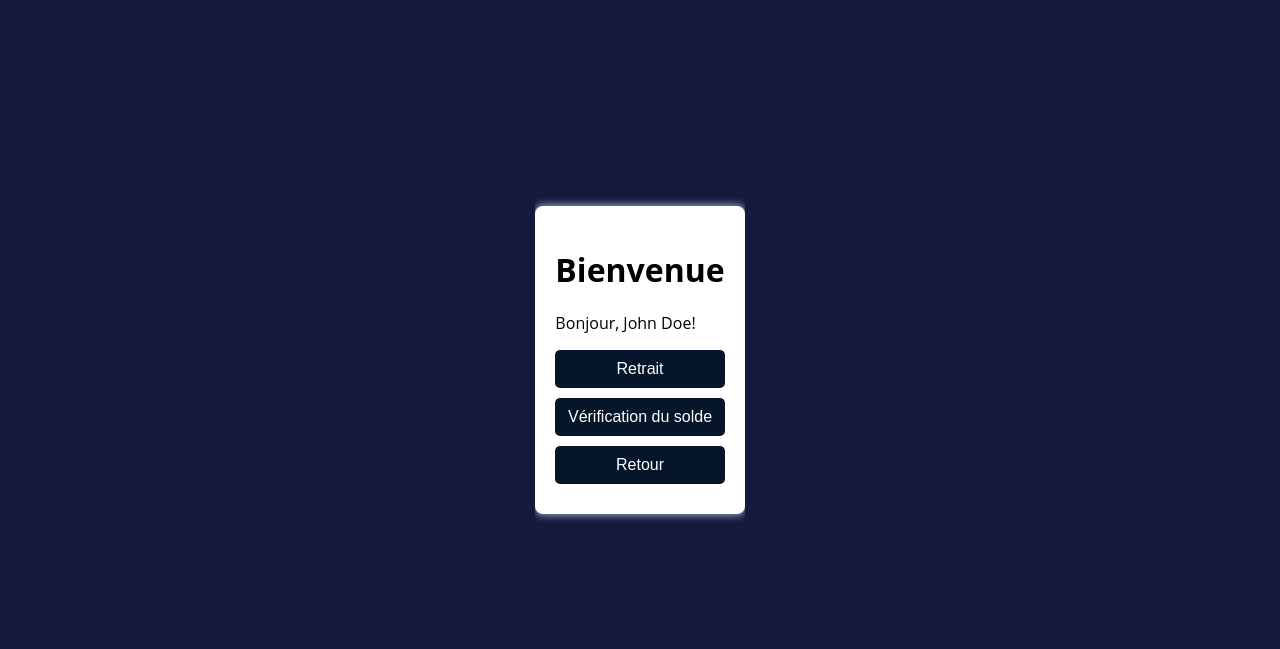
Repository: ndiawar/ProjetGab
Page: bienvenue.html
The author's editor kept a copy of each file at every save. The page is drawn from the files as they stood at one save, then again after the next save.
The browser window is 1280 px wide. The pictures show the whole page.

Above is the page before, as saved 2024-08-07 19:39:06.
Console error: TypeError: Cannot read properties of null (reading 'addEventListener')

### bienvenue.html
<!DOCTYPE html>
<html lang="en">
<head>
    <meta charset="UTF-8">
    <meta name="viewport" content="width=device-width, initial-scale=1.0">
    <title> Interface Web de votre banque</title>
    <link rel="stylesheet" href="style.css">
    <script src="script.js"></script>
</head>
<body>
    <div class="container">
        <h1 id="bienvenue">Bienvenue</h1>
        <p id="welcome-message">Bonjour, <span id="client-name">Client</span>!</p>
        <button class="button retrait" onclick="alert('Accès au retrait')">Retrait</button>
        <button class="button solde" onclick="alert('Vérification du solde')">Vérification du solde</button>
        <button class="button retour" onclick="alert('merci à la prochaine')">Retour</button>
    </div>

    <script>
        // Remplacez 'Client' par le nom réel du client
        document.getElementById('client-name').textContent = 'John Doe';
    </script>
</body>
</html>

### style.css
:root {
    /* Définition des couleurs de base */
    --blue-sky-1: #16193B; /* Bleu nuit */
    --blue-sky-2: #35478C; /* Bleu foncé */
    --blue-sky-3: #4E7AC7; /* Bleu vif */
    --blue-sky-4: #7FB2F0; /* Bleu clair */
    --blue-sky-5: #ADD5F7; /* Bleu très clair */
    --Noir-6: #000000; /* Noir */
    --white-7: #ffffff;

    /* Utilisation des couleurs pour différents éléments */
    --color-title: var(--blue-sky-1); /* Couleur pour les titres */
    --color-subtitle: var(--blue-sky-3); /* Couleur pour les sous-titres */
    --color-paragraph: var(--blue-sky-2); /* Couleur pour les paragraphes */
    --color-border: var(--blue-sky-4); /* Couleur pour les bordures */
    --color-backgroundFoncé: var(--blue-sky-1); /* Couleur de fond foncée */
    --color-background: var(--blue-sky-5); /* Couleur de fond général */
    --color-text: var(--Noir-6); /* Couleur pour le texte de fond */
    --color-white: var(--white-7); /* Couleur blanche pour le texte de fond d'une balise */

    /* Polices */
    --font-title: 'Montserrat', sans-serif;
    --font-text: 'Open Sans', sans-serif;
    --font-subtitle: 'Roboto', sans-serif;

    /* Taille de police standard et poids */
    --font-size-normal: 16px; /* Taille de police standard pour le texte */
    --font-size-title: 28px; /* Taille de police pour les grands titres */
    --font-size-subtitle: 20px; /* Taille de police pour les sous-titres */
    --font-weight-normal: 400; /* Poids normal de la police */
    --font-weight-bold: 700; /* Poids en gras */
    /* Pour le profil la taille du nom et du sous-titre */
    --font-size-titleProfil: 45px;
    --font-size-subtitleProfil: 30px;
}


/*Initialisation de notre body pour supprimer les marges et choix du type de police pour notre site*/


/*Initialisation de notre body pour supprimer les marges et choix du type de police pour notre site*/
* {
  box-sizing: border-box;
}

/* Style global pour le corps de la page */
body, html {
    margin: 0;
    padding: 0;
    color: var(--color-text);
    font-family: var(--font-text);
    font-size: var(--font-size-normal);
    font-weight: var(--font-weight-normal);
    overflow-x: hidden;
    height: 100%;
    display: flex;
    align-items: center;
    justify-content: center;
    background-color: var(--color-backgroundFoncé);/**/
}

/* Conteneur principal qui tient la page de connexion */
.login-container {
    display: flex;
    width: 100%;
    max-width: 900px;
    height: 500px;
    background-color: var(--color-white);
    box-shadow: 0 4px 8px rgba(101, 150, 214, 0.1);
    border-radius: 10px;
    overflow: hidden;
}

/* Style pour la section du formulaire de connexion */
.login-form {
    flex: 1;
    padding: 40px;
    background-color: var(--color-white);
    display: flex;
    flex-direction: column;
    justify-content: center;
}

/* Style pour les titres et formulaires dans la section de connexion */
.login-form h2 {
    margin-bottom: 20px;
    color: var(--color-title);
    font-size: var(--font-size-title);
    font-family: var(--font-title);
    font-weight: var(--font-weight-bold);
    padding: 5px 0 60px 50px;
}

.form-group {
    margin-bottom: 15px;
    font-size: var(--font-subtitle);
    font-weight: var(--font-weight-normal);
    font-family: var(--font-text);
    color: var(--color-title);
}

.form-group label {
    display: block;
    margin-bottom: 5px;
    color: var(--color-title);
}

.form-group input {
    width: 100%;
    padding: 10px;
    border: 1px solid var(--color-title);
    border-radius: 5px;
    font-size: 16px;
    box-sizing: border-box;
}

button {
    width: 100%;
    padding: 10px;
    background-color: var(--color-backgroundFoncé);
    color: var(--color-white);
    border: none;
    border-radius: 5px;
    font-size: 16px;
    cursor: pointer;
    transition: background-color 0.3s ease;
}

button:hover {
    background-color: var(--color-border);
}

/* Style pour la section de bienvenue avec le logo */
.welcome-section {
    flex: 1;
    display: flex;
    align-items: center;
    justify-content: center;
    color: var(--color-backgroundFoncé);
}

.welcome-content {
    text-align: center;
    padding: 20px;
}

.logo {
    width: 350px;
    height: 350px;
    margin-bottom: 20px;
}

.welcome-section h1 {
    margin: 0 0 10px;
    font-size: 36px;
}

.welcome-section p {
    font-size: 18px;
    margin: 0;
}

/*Debut partie yaye*/
.container {
    background-color:var(--color-white);
    border-radius: 8px;
    box-shadow: 0 0 10px var(--color-background);
    padding: 20px;
    width: 100%;
}
h1.bienvenue{
  font-size: 24px;
  margin-bottom: 10px;
  color: var(black);
}
p.welcome-message {
  font-size: 18px;
  margin-bottom: 20px;
  color: var(black);
}
.button {
  display: block;
  width: 100%;
  padding: 10px;
  margin: 10px 0;
  font-size: 16px;
  text-align: center;
  border: none;
  border-radius: 5px;
  cursor: pointer;
  transition: background-color 0.3s;
  background-color: #05162b;
}
.button:hover {
  background-color: var(#35478c);
}
.button.retrait {
  background-color: var(rgba(1, 4, 24, 0.911));
  color: var(--color-white);
}
.button.solde {
  background-color:var(rgba(1, 4, 24, 0.911));
  color: var(--color-white);
}
.button.retour {
  background-color: var(rgba(1, 4, 24, 0.911));
  color: var(--color-white);
}
/* fin partie yaye*/

### script.js
//Déclaration du tableau utilisateurs avec des valeurs d'objets
const utilisateurs = [
    { idCard: '1001', mdp: '51234', etatCmpt: false, nom: 'Dupont', prenom: 'Jean' },
    { idCard: '1002', mdp: '95678', etatCmpt: false, nom: 'Martin', prenom: 'Marie' },
    { idCard: '1003', mdp: '45637', etatCmpt: false, nom: 'Durand', prenom: 'Pierre' },
    { idCard: '1004', mdp: '98712', etatCmpt: false, nom: 'Leroy', prenom: 'Luc' },
    { idCard: '1005', mdp: '45632', etatCmpt: false, nom: 'Moreau', prenom: 'Sophie' },
    { idCard: '1006', mdp: '54832', etatCmpt: false, nom: 'Simon', prenom: 'Laura' },
    { idCard: '1007', mdp: '12345', etatCmpt: false, nom: 'Lambert', prenom: 'Alex' },
    { idCard: '1008', mdp: '67890', etatCmpt: false, nom: 'Garcia', prenom: 'Elena' },
    { idCard: '1009', mdp: '11223', etatCmpt: false, nom: 'Bernard', prenom: 'Nicolas' },
    { idCard: '1010', mdp: '44556', etatCmpt: false, nom: 'Petit', prenom: 'Lucie' }
];

//Sauvegarder les données initials de l'utilisateur dans localStorage si ce n'est pas déja fait
if (!localStorage.getItem('utilisateurs')) {
    localStorage.setItem('utilisateurs', JSON.stringify(utilisateurs));
}

//Déclaration de variable pour enregister le nombre maximum de tentative
//et une variable pour mettre dans le local storage si l'utilisateur est bloqué aprés trois tentative
const maxAttempts = 3;
const userAttempts = JSON.parse(localStorage.getItem('userAttempts')) || {};

// Charge les données de l'utilisateur depuis le LocalStorage
let storedUsers = JSON.parse(localStorage.getItem('utilisateurs')) || [];
//On recupère lesélément id du formulaire pour interagir avec l'événement
//Récupére id du paragraphe pour afficher les msg d'rreurs
const loginForm = document.getElementById('loginForm');
const errorMessage = document.getElementById('errorMessage');
// Lafonction qui lance l'événement connexion
loginForm.addEventListener('submit', function(event) {
    event.preventDefault();
//On recupère les valeurs saisient par les utilisateurs
    const identifiant = document.getElementById('identifiant').value;
    const password = document.getElementById('password').value;
//On recherche l'utilisateur dans le store qui enregistre notre tableau
//Pour le vérifier ensuite avec l'information que l'utilisateur à saisie "identifiant"
    const utilisateur = storedUsers.find(u => u.idCard === identifiant);

    if (!utilisateur) {
        errorMessage.textContent = "Identifiant de carte introuvable,Veuillez réessayer.";
        errorMessage.style.display = "block";
        return;
    }

    if (utilisateur.etatCmpt) {
        errorMessage.textContent = "Compte bloqué. Veuillez contacter votre banque.";
        errorMessage.style.display = "block";
        return;
    }

    if (!userAttempts[identifiant]) {
        userAttempts[identifiant] = 0;
    }

    if (utilisateur.mdp !== password) {
        userAttempts[identifiant]++;
        if (userAttempts[identifiant] >= maxAttempts) {
            utilisateur.etatCmpt = true;
            localStorage.setItem('utilisateurs', JSON.stringify(storedUsers));
            errorMessage.textContent = "Compte bloqué après trois tentatives échouées.";
            errorMessage.style.display = "block";
        } else {
            localStorage.setItem('userAttempts', JSON.stringify(userAttempts));
            errorMessage.textContent = `Mot de passe incorrect. Tentative ${userAttempts[identifiant]} sur ${maxAttempts}.`;
            errorMessage.style.display = "block";
        }
        return;
    }

    userAttempts[identifiant] = 0; // Réinitialise les tentatives
    localStorage.setItem('userAttempts', JSON.stringify(userAttempts));
    alert(`Authentification réussie! Bienvenue, ${utilisateur.prenom} ${utilisateur.nom}.`);
    errorMessage.style.display = "none";
    window.location.href = './bienvenue.html'; // Redirection vers la page bienvenue
});

After the next save:
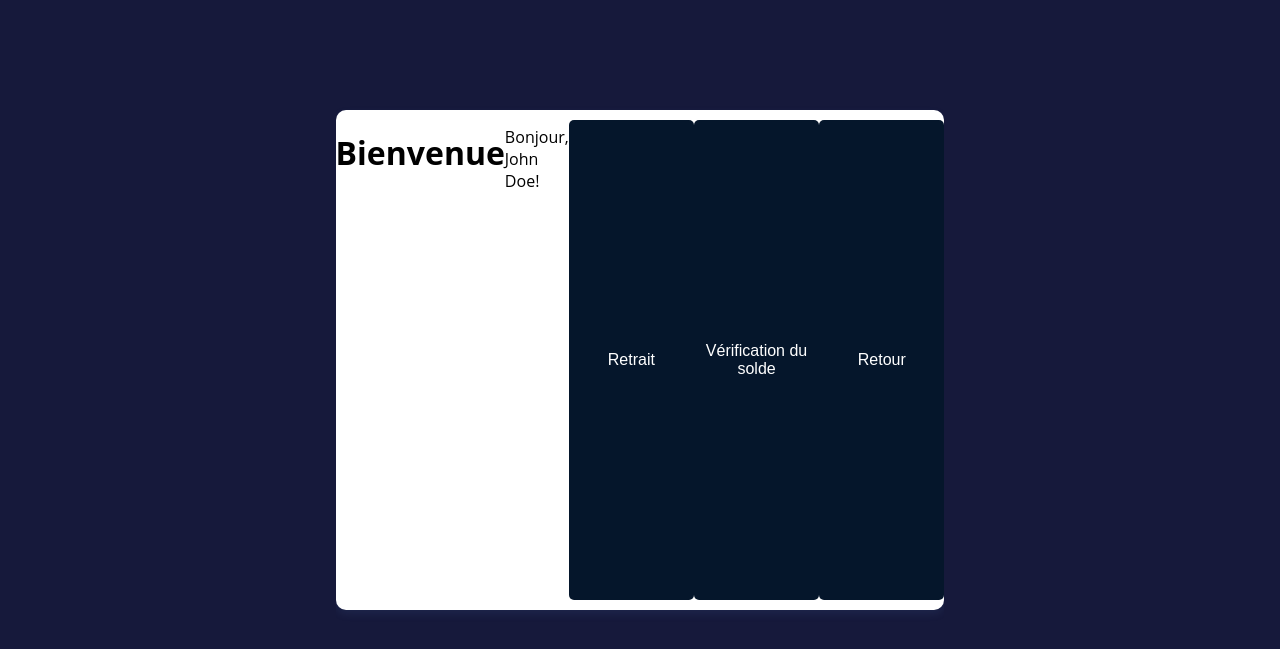
Saved 60 s later.
--- a/style.css
+++ b/style.css
@@ -162,11 +162,14 @@ button:hover {
 
 /*Debut partie yaye*/
 .container {
-    background-color:var(--color-white);
-    border-radius: 8px;
-    box-shadow: 0 0 10px var(--color-background);
-    padding: 20px;
-    width: 100%;
+    display: flex;
+    width: 100%;
+    max-width: 900px;
+    height: 500px;
+    background-color: var(--color-white);
+    box-shadow: 0 4px 8px rgba(101, 150, 214, 0.1);
+    border-radius: 10px;
+    overflow: hidden;
 }
 h1.bienvenue{
   font-size: 24px;
